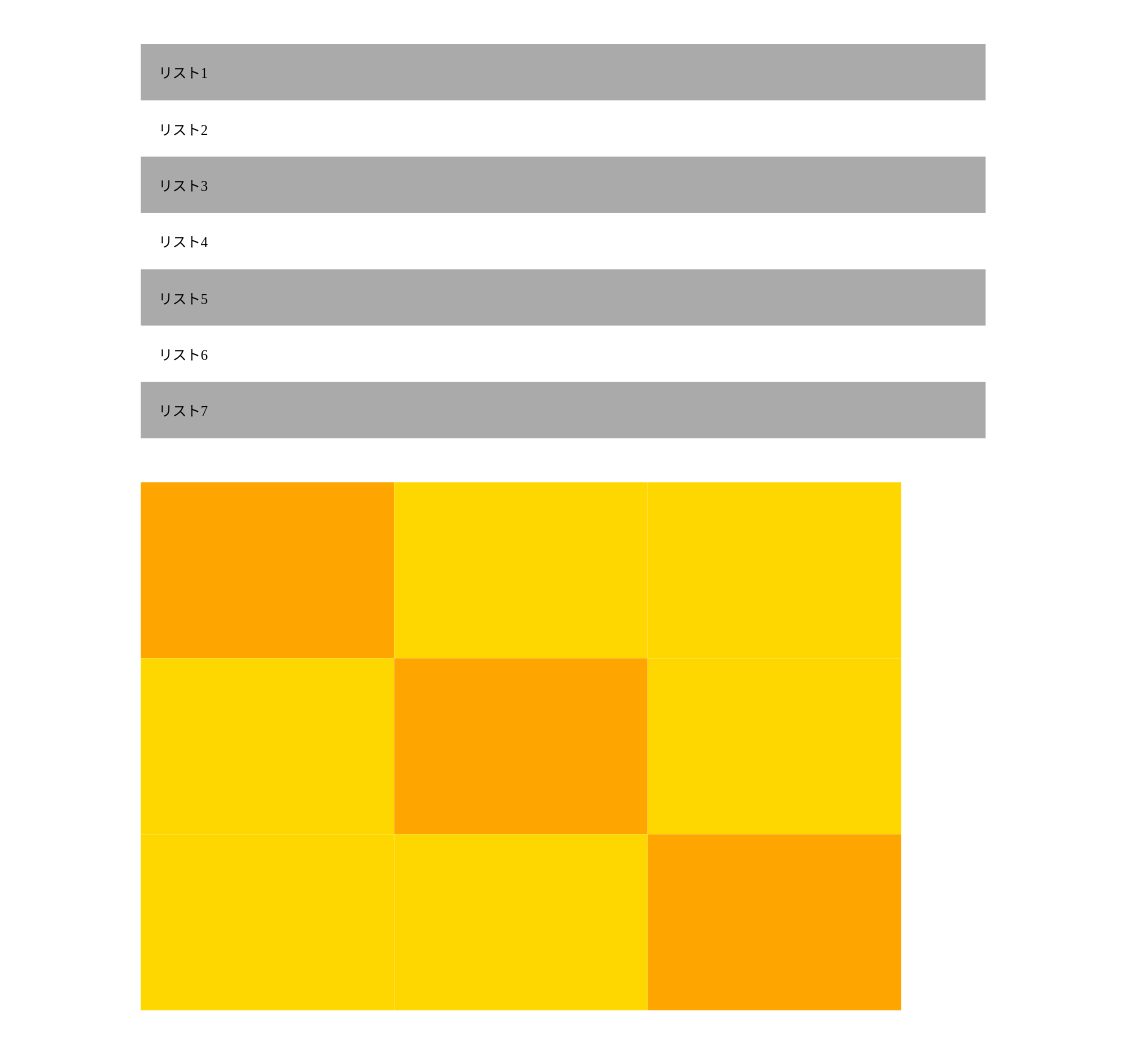
Repository: ryo32sun/Html-Practice
Page: practice/chapter8.html
The author's editor kept a record of every edit. The page is drawn from the files as they stood at one moment, then again after the next edit.
The browser window is 1280 px wide. The pictures show the whole page, at 88% of full size.

Above is the page before.

After the next edit:
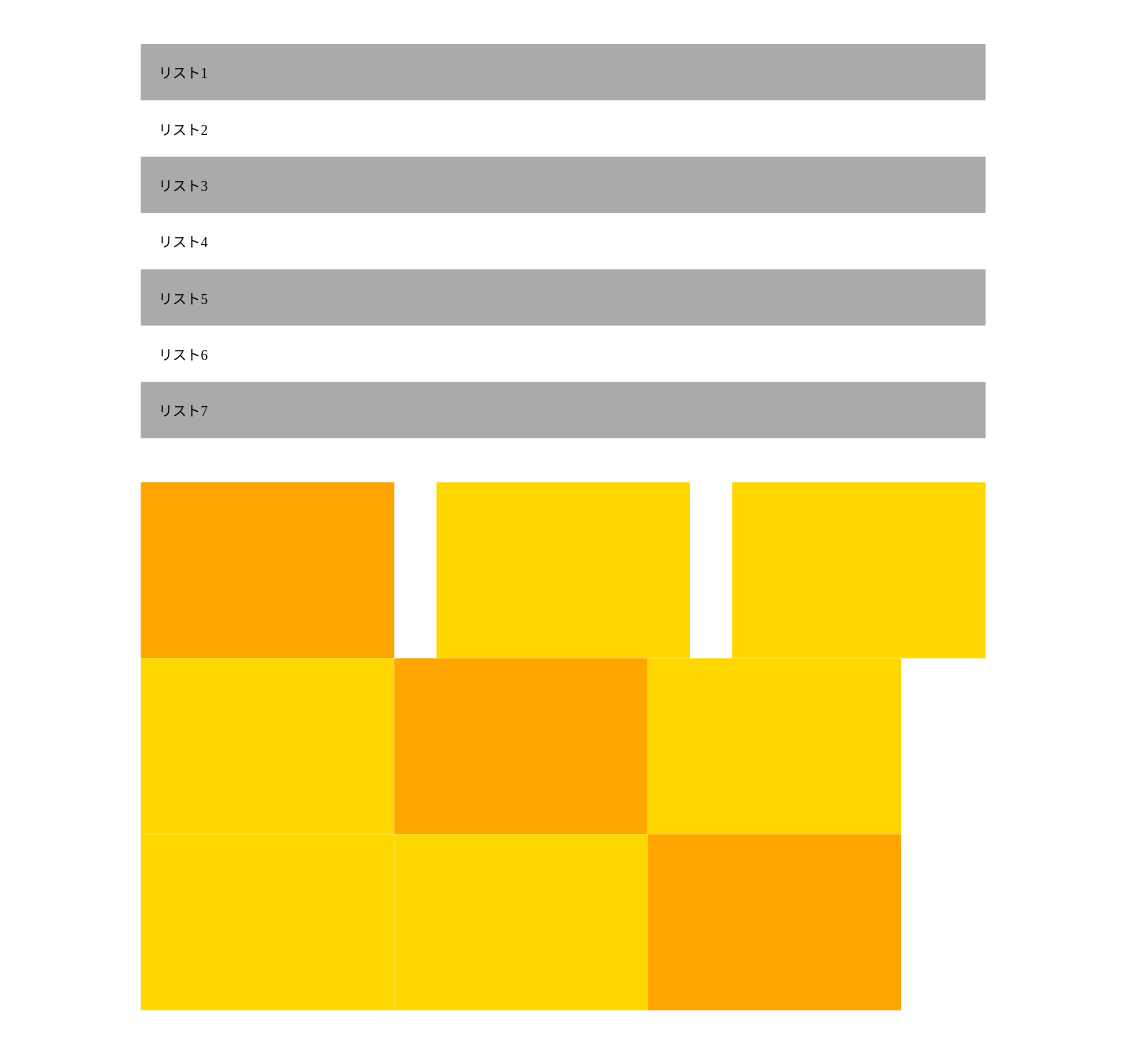
The edit:
--- a/practice/chapter8.html
+++ b/practice/chapter8.html
@@ -18,7 +18,7 @@
 
   <div class="block-box">
     <div class="block orange"></div>
-    <div class="block color"></div>
+    <div class="block color center"></div>
     <div class="block color"></div>
     <div class="block color"></div>
     <div class="block orange"></div>
